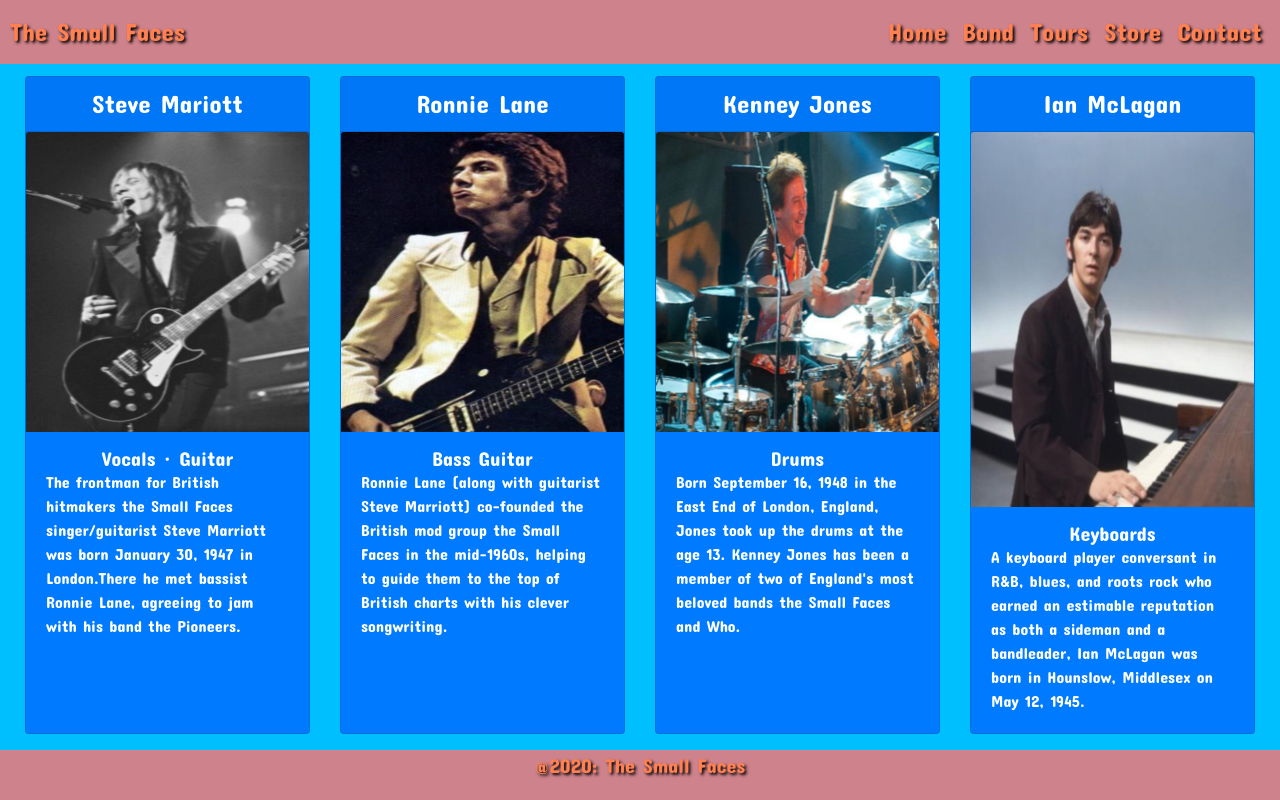
Repository: akshatnitd/User-Centric-FrontEnd-Milestone-Project
Page: band.html
The author's editor kept a record of every edit. The page is drawn from the files as they stood at one moment, then again after the next edit.
The browser window is 1280 px wide. The pictures show the whole page.
Some web libraries are served in a nearby version.

Above is the page before.

### band.html
<!DOCTYPE html>
<html lang="en">
<head>
  <meta charset="UTF-8">
  <meta name="viewport" content="width=device-width, initial-scale=1, shrink-to-fit=no">
  <meta http-equiv="X-UA-Compatible" content="ie=edge">
  <link href="https://fonts.googleapis.com/css?family=Abril+Fatface" rel="stylesheet">
	<link href="https://fonts.googleapis.com/css?family=Roboto" rel="stylesheet">
	<link href="https://fonts.googleapis.com/css?family=Concert+One&display=swap" rel="stylesheet">
	<link href="https://fonts.googleapis.com/css?family=Fjalla+One&display=swap" rel="stylesheet">
	<link rel="stylesheet" href="https://use.fontawesome.com/releases/v5.12.1/css/all.css">
	<link rel="stylesheet" href="https://stackpath.bootstrapcdn.com/bootstrap/4.4.1/css/bootstrap.min.css" integrity="sha384-Vkoo8x4CGsO3+Hhxv8T/Q5PaXtkKtu6ug5TOeNV6gBiFeWPGFN9MuhOf23Q9Ifjh" crossorigin="anonymous">
	<link href="assets/css/style.css" rel="stylesheet" type="text/css">
	<title>Band</title>
</head>
<body>
  <header>
      <nav class="navbar navbar-expand-sm navbar-dark">
  <a class="navbar-brand" href="index.html">The Small Faces</a>
  <button class="navbar-toggler ml-auto custom-toggler" type="button" data-toggle="collapse" data-target="#navbarNav" aria-controls="navbarNav" aria-expanded="false" aria-label="Toggle navigation">
    <i class="fas fa-bars"></i>
  </button>
  <div class="collapse navbar-collapse" id="navbarNav">
    <ul class="nav navbar-nav ml-auto">
      <li class="nav-item">
        <a class="nav-link" href="index.html">Home</a>
      </li>
      <li class="nav-item">
        <a class="nav-link" href="band.html">Band</a>
      </li>
      <li class="nav-item">
        <a class="nav-link" href="tour.html">Tours</a>
      </li>
      <li class="nav-item">
        <a class="nav-link" href="store.html">Store</a>
      </li>
      <li class="nav-item">
        <a class="nav-link" href="contact.html">Contact</a>
      </li>
    </ul>
    </header>
    <section>
        <div class="card-deck">
          <div class="card text-white bg-primary mb-3">
            <h1 class="card-header">Steve Mariott</h1>
            <img class="card-img-top" src="images/steve-marriott.jpg" alt="Card image cap" height="300">
            <div class="card-body">
              <h5 class="card-subtitle">Vocals &#183; Guitar</h5>
              <p class="card-text">The frontman for British hitmakers the Small Faces
				                 singer/guitarist Steve Marriott was born January 30,
				                 1947 in London.There he met bassist Ronnie Lane,
				                 agreeing to jam with his band the Pioneers.</p>
            </div>
          </div>
          <div class="card text-white bg-primary mb-3">
            <h1 class="card-header">Ronnie Lane</h1>
            <img class="card-img-top" src="images/ronnie-lane_1.jpg" alt="Card image cap" height="300">
            <div class="card-body">
              <h5 class="card-subtitle">Bass Guitar</h5>
              <p class="card-text">Ronnie Lane (along with guitarist Steve Marriott)
								 co-founded the British mod group the Small Faces in
								 the mid-1960s, helping to guide them to the top of
								 British charts with his clever songwriting.</p>
            </div>
          </div>
          <div class="card text-white bg-primary mb-3">
    <h1 class="card-header">Kenney Jones</h1>
    <img class="card-img-top" src="images/kenney-jones.jpg" alt="Card image cap" height="300">
    <div class="card-body">
      <h5 class="card-subtitle">Drums</h5>
      <p class="card-text">Born September 16, 1948 in the East End of London,
								 England, Jones took up the drums at the age 13.
								 Kenney Jones has been a member of two of
								 England's most beloved bands the Small Faces and Who.</p>
    </div>
  </div>
  <div class="card text-white bg-primary mb-3">
   <h1 class="card-header">Ian McLagan</h1>
    <img class="card-img-top" src="images/Ian-McLagan.jpg" alt="Card image cap">
    <div class="card-body">
      <h5 class="card-subtitle">Keyboards</h5>
      <p class="card-text">A keyboard player conversant in R&B, blues,
				                 and roots rock who earned an estimable reputation
				                 as both a sideman and a bandleader, Ian McLagan
				                 was born in Hounslow, Middlesex on May 12, 1945.</p>
       </div>
      </div>
    </div>
    </section>
    <!-- Footer -->
  <footer class="footer">@2020: The Small Faces</footer>
  <!-- Footer -->
    <script src="https://code.jquery.com/jquery-3.3.1.slim.min.js" integrity="sha384-q8i/X+965DzO0rT7abK41JStQIAqVgRVzpbzo5smXKp4YfRvH+8abtTE1Pi6jizo" crossorigin="anonymous"></script>
    <script src="https://cdnjs.cloudflare.com/ajax/libs/popper.js/1.14.3/umd/popper.min.js" integrity="sha384-ZMP7rVo3mIykV+2+9J3UJ46jBk0WLaUAdn689aCwoqbBJiSnjAK/l8WvCWPIPm49" crossorigin="anonymous"></script>
    <script src="https://stackpath.bootstrapcdn.com/bootstrap/4.1.3/js/bootstrap.min.js" integrity="sha384-ChfqqxuZUCnJSK3+MXmPNIyE6ZbWh2IMqE241rYiqJxyMiZ6OW/JmZQ5stwEULTy" crossorigin="anonymous"></script>
</body>
</html>

### assets/css/style.css

/*............................................Heading*/
.navbar{
	padding: 10px 10px 10px 10px;
	height: 4rem;
	background-color: #ce828b;
	text-shadow:2px 2px 3px black;
}

.custom-toggler.navbar-toggler {
  border-color:  rgb(255,129,82);
  border-width: 2px;
  box-shadow:2px 2px 3px black;
  }

.navbar-dark .navbar-brand {
  font-family: 'Concert One', cursive;
	font-size: 25px;
	vertical-align: middle;
	color: rgb(255,129,82);
	text-shadow:2px 2px 3px black;
}

.navbar-dark .navbar-nav .nav-link {
  color: rgb(255,129,82);
  font-family: 'Concert One', cursive;
  font-size: 25px;
  z-index: 100;
}


.fa-bars{
	color: rgb(255,129,82);
	text-shadow:2px 2px 3px black;
}



/*............................................Home Page*/
.img-fluid{
  width: 100%;
  height: 93vh;
}

.img-responsive{
  display: block;
  width: 100%;
  height: 93vh;
}

.img-title{
	position: absolute;
	top: 60%;
	left: 50%;
	transform: translate(-50%, -50%);
	-moz-transform: translate(-50%, -50%);
	-webkit-transform: translate(-50%, -50%);
	-ms-transform: translate(-50%, -50%);
}

/*............................................Band Page*/

body {
	background-color: #00bfff;
}

h1 {
	text-align: center;
	font-family: 'Concert One', cursive;
	font-size: 25px;
}

h5 {
	text-align: center;
	font-family: 'Concert One', cursive;
}

.card-deck{
  margin-top: 12px;

	margin-left: 10px;
	margin-right: 10px;
}

.card-title{
	text-align: center;
}

.card-text {
	font-family: 'Concert One', cursive;
}

.card-text>p{
	text-align: justify;
}

/*............................................Tours*/

.table{
	margin-top: 20px;
	margin-bottom: 20px;
}

.table-header{
	text-align: center;
}

td, th {
	font-family: 'Concert One', cursive;
	font-size: 20px;
	color: white;
	letter-spacing: 2px;
}

/*............................................Store*/

/* Grid container */
#p-grid {
  margin-left: 5px;
  margin-right: 5px;
  display: grid;
  margin-top: 5px;
  margin-bottom: 6px;

/* Width of columns */
grid-template-columns: 25% 25% 25% 25%;
}

/* Product items */
div.p-grid-in {
  box-sizing: border-box;
  margin: 5px;
  padding: 10px;
  border: 1px solid #e8f0ff;
  border-radius: 5px;
  box-shadow:2px 2px 3px black;
  background: #0077f7;
  }

img.p-img {
  width: 100%;
  height: auto;
  border-radius: 5px;
  }

div.p-name {
  font-size: 18px;
  text-align: center;
  font-family: 'Concert One', cursive;
  margin-top: 2px;
  color: white;
  border-radius: 5px;
  text-shadow:2px 2px 3px black;
 }

div.p-price {
  color: white;
  text-align: center;
  font-size: 20px;
  text-align: center;
  font-family: 'Roboto', sans-serif;
  font-weight: 900;
  text-shadow:2px 2px 3px black;
  }

div.p-desc {
  color: #888;
  font-size: 0.9em;
  }
      button.p-add {
      	background: #f46b41;
        color: #fff;
        border: none;
        width: 100%;
        padding: 10px;
        font-size: 1.1em;
        cursor: pointer;
        border-radius: 5px;
      }

h6 {
	font-family: 'Roboto', sans-serif;
	color: white;
	font-size: 15px;
	margin-top: 5px;
	margin-bottom: 5px;
	text-align: center;
	text-shadow:2px 2px 3px black;

}

audio {
  width: 95%;
  box-shadow:2px 2px 3px black;
  border-radius: 100px;
  border-width: 25px;
  transform: scale(1.05);
  background-color: black;
  z-index: 100;
  margin-left: 7px;
 }



      /* Responsive */
      @media only screen and (max-width: 1024px) {
        #p-grid { grid-template-columns: 33% 33% 33%; }
      }
      @media only screen and (max-width: 600px) {
        #p-grid { grid-template-columns: 100%; }
      }


/*............................................Contact*/
:root {
  --white: #afafaf;
  --red: #e31b23;
  --borderFormEls: hsl(0, 0%, 10%);
  --bgFormEls: hsl(0, 0%, 14%);
  --bgFormElsFocus: hsla(272, 90%, 54%, 0.6);
}

* {
  padding: 0;
  margin: 0;
  box-sizing: border-box;
  outline: none;

}

a {
  color: inherit;
}

input,
select,
textarea,
button {
  font-family: inherit;
  font-size: 20px;
  font-family: 'Concert One', cursive;
}

button,
label {
  cursor: pointer;
}

select {
  appearance: none;
}

select::-ms-expand {
  display: none;
}

select:-moz-focusring {
  color: transparent !important;
  text-shadow: 0 0 0 var(--white);
}

textarea {
  resize: none;
}

ul {
  list-style: none;
}

.my-form select,
.my-form input,
.my-form textarea,
.my-form button {
  margin-top: 15px;
  width: 100%;
  line-height: 1.5;
  padding: 15px 10px;
  border: 1px solid var(--borderFormEls);
  border-color: #1A237E;
  border-radius: 5px;
  color: white;
  background: var(--bgFormEls);
  background-color: #2196f3;
  transition: background-color 0.3s cubic-bezier(0.57, 0.21, 0.69, 1.25),
  transform 0.3s cubic-bezier(0.57, 0.21, 0.69, 1.25);
  text-align: center;
  height: 20px;
}

.my-form textarea {
  height: 258px;
  text-align: center;
}

.my-form ::placeholder {
  color: inherit;
  opacity: 1;
}

.my-form select:focus,
.my-form input:focus,
.my-form textarea:focus,
.my-form button:focus {
  background: var(--bgFormElsFocus);
}

.my-form select:focus,
.my-form input:focus,
.my-form textarea:focus {
  transform: scale(1.02);
}

.my-form *:required,
.my-form select {
  background-repeat: no-repeat;
  background-position: center right 12px;
  background-size: 15px 15px;
}

.my-form .btn-grid {
  position: relative;
  overflow: hidden;
  transition: filter 0.2s;
}

.my-form button:enabled:hover,
.my-form button:focus {
  background: var(--bgFormElsFocus);
  background-color: red;
}

.my-form button > * {
  height: 20px;
  display: inline-block;
  width: 100%;
  transition: transform 0.4s ease-in-out;
  text-align: center;
}

.my-form button .back {
  position: absolute;
  left: 50%;
  top: 50%;
  transform: translate(-110%, -50%);
}

.my-form button:enabled:hover .back,
.my-form button:focus .back {
  transform: translate(-50%, -50%);

}

.my-form button:enabled:hover .front,
.my-form button:focus .front {
  transform: translateX(110%);

}

/*............................................Footer*/
.footer {
  height: 50px;
  text-align: center;
  font-size: 20px;
  font-family: 'Concert One', cursive;
  color: #ff8152;
  background-color: #ce828b;
  text-shadow:2px 2px 3px black;
  vertical-align: middle;
}


/*.............................................Media Queries*/

@media (min-width: 601px) {
.mobile {
	display: none;
	}

.img-fluid {
	display: block;
	max-width: 100vw;
	}

.mobile-tour{
	display: none;
	}
}

@media (max-width: 600px){
h3 {
	text-align: center;
	font-family: 'Concert One', cursive;
	font-size: 25px;
	font-weight: bold;
	color:white;
	letter-spacing: 2px;
}

p {
	text-align: center;
	font-family: 'Concert One', cursive;
	font-size: 22px;
	color:white;
	letter-spacing: 2px;
}

.mobile {
	display: block;
}

.mobile-tour{
	display: block;
}

.table-responsive {
	display: none;
}

.column {
	width: 100%;
	display: block;
	margin-bottom: 20px;
	text-align: center;
	background-color: #007bff;
}

.img-fluid {
	display: none;
}
.img-title {
	display: none;
}

.img-mobile {
	width: 100%;
	height: 90vh;
}

.navbar-brand{
	font-family: 'Concert One', cursive;
	font-size: 50px;
}

.navbar-dark .navbar-nav .nav-link {
	position: relative;
	font-size: 24px;
	z-index: 100;
	line-height: 20px;
}

.footer {
  color: black;
  width:100%;
  padding:0;
  clear:both;
  bottom:0;
  position: absolute;
}
}

After the next edit:
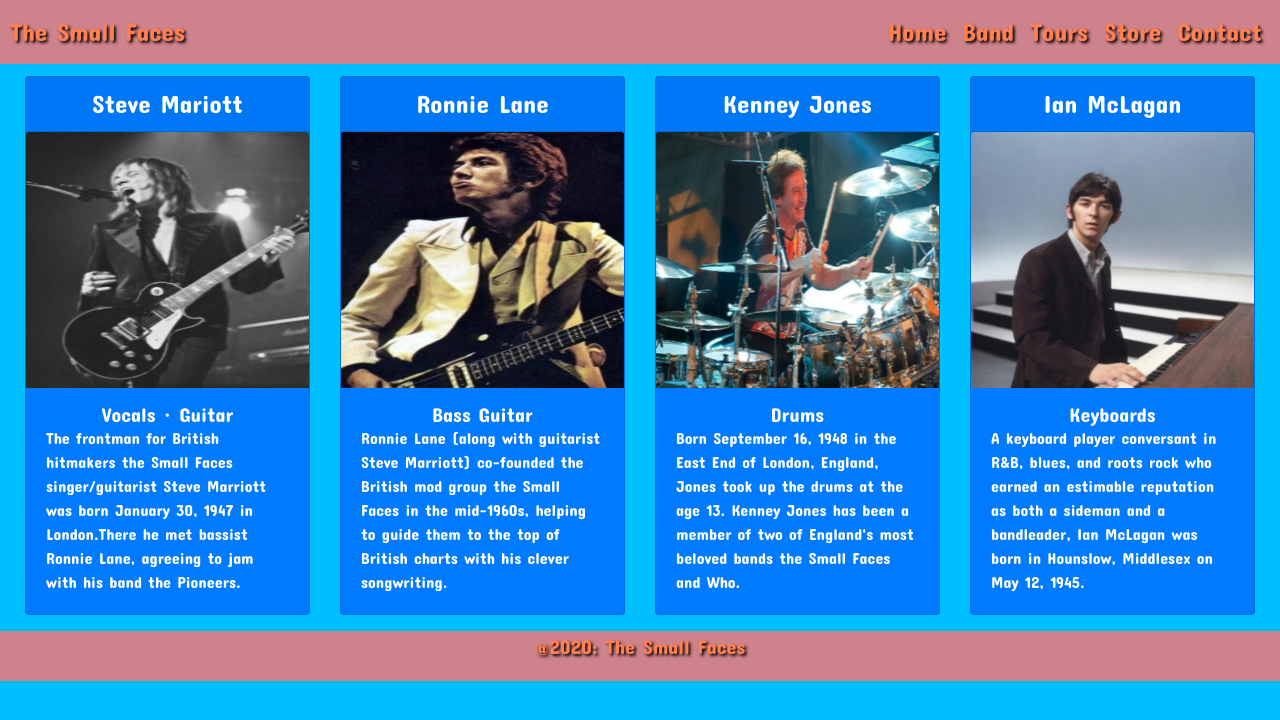
The edit:
--- a/band.html
+++ b/band.html
@@ -43,7 +43,7 @@
         <div class="card-deck">
           <div class="card text-white bg-primary mb-3">
             <h1 class="card-header">Steve Mariott</h1>
-            <img class="card-img-top" src="images/steve-marriott.jpg" alt="Card image cap" height="300">
+            <img class="card-img-top" src="images/steve-marriott.jpg" alt="Card image cap" height="256">
             <div class="card-body">
               <h5 class="card-subtitle">Vocals &#183; Guitar</h5>
               <p class="card-text">The frontman for British hitmakers the Small Faces
@@ -54,7 +54,7 @@
           </div>
           <div class="card text-white bg-primary mb-3">
             <h1 class="card-header">Ronnie Lane</h1>
-            <img class="card-img-top" src="images/ronnie-lane_1.jpg" alt="Card image cap" height="300">
+            <img class="card-img-top" src="images/ronnie-lane_1.jpg" alt="Card image cap" height="256">
             <div class="card-body">
               <h5 class="card-subtitle">Bass Guitar</h5>
               <p class="card-text">Ronnie Lane (along with guitarist Steve Marriott)
@@ -65,7 +65,7 @@
           </div>
           <div class="card text-white bg-primary mb-3">
     <h1 class="card-header">Kenney Jones</h1>
-    <img class="card-img-top" src="images/kenney-jones.jpg" alt="Card image cap" height="300">
+    <img class="card-img-top" src="images/kenney-jones.jpg" alt="Card image cap" height="256">
     <div class="card-body">
       <h5 class="card-subtitle">Drums</h5>
       <p class="card-text">Born September 16, 1948 in the East End of London,
@@ -76,7 +76,7 @@
   </div>
   <div class="card text-white bg-primary mb-3">
    <h1 class="card-header">Ian McLagan</h1>
-    <img class="card-img-top" src="images/Ian-McLagan.jpg" alt="Card image cap">
+    <img class="card-img-top" src="images/Ian-McLagan.jpg" alt="Card image cap" height="256">
     <div class="card-body">
       <h5 class="card-subtitle">Keyboards</h5>
       <p class="card-text">A keyboard player conversant in R&B, blues,
